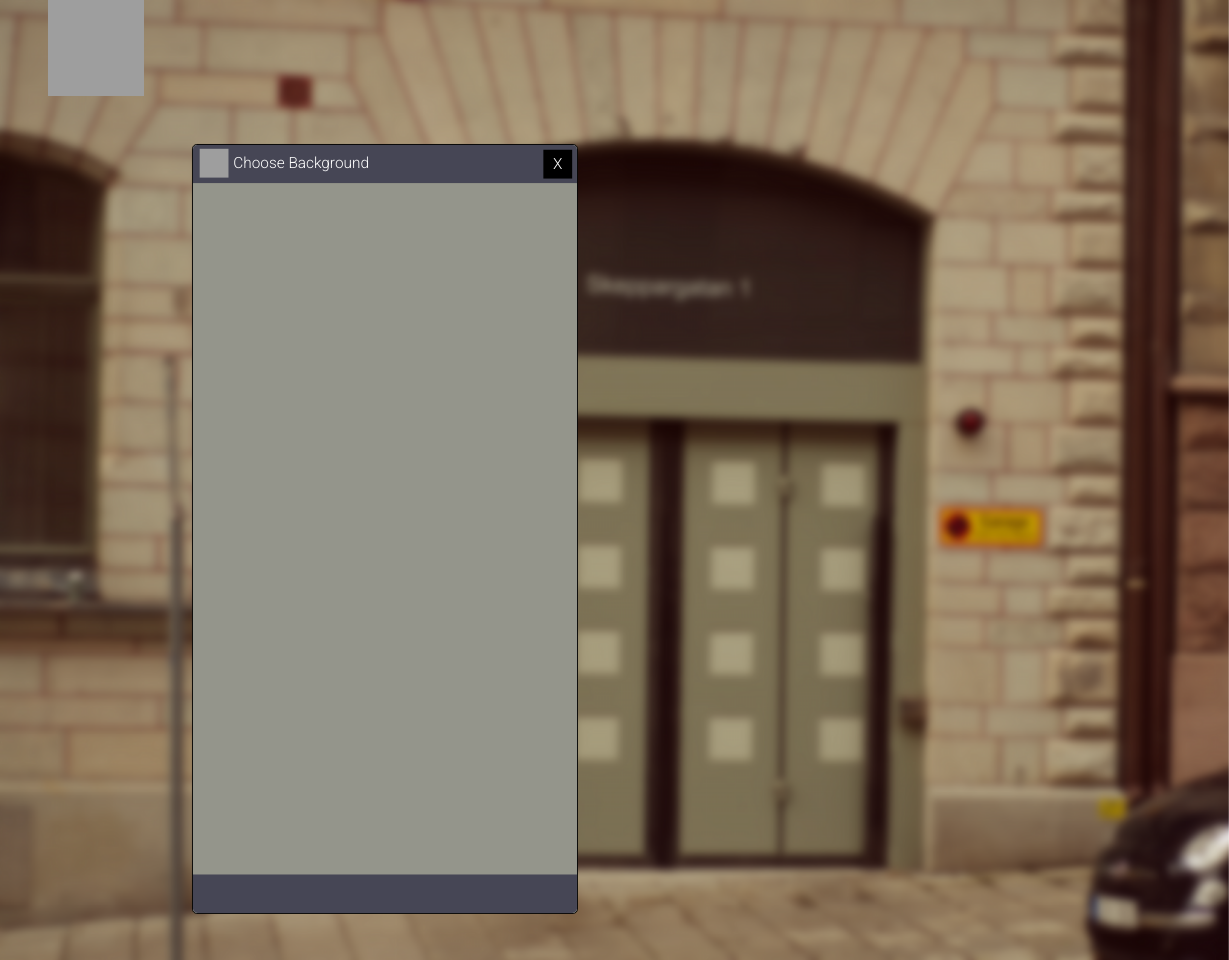
Repository: fl222hr/1dv403-laborationer
Page: 5-pwd/index.html
The author's editor kept a record of every edit. The page is drawn from the files as they stood at one moment, then again after the next edit.
The browser window is 1280 px wide. The pictures show the whole page, at 96% of full size.
Pictures or frames that could not be fetched are drawn as grey boxes. Some web libraries are served in a nearby version.

Above is the page before.

### 5-pwd/index.html
<!DOCTYPE html>
<html>
    <head>
        <link href='http://fonts.googleapis.com/css?family=Source+Sans+Pro:200,300,400,600,700,900,200italic,300italic,400italic,600italic,700italic,900italic' rel='stylesheet' type='text/css'>
        <link href="//maxcdn.bootstrapcdn.com/font-awesome/4.2.0/css/font-awesome.min.css" rel="stylesheet">
        <link href="css/custom.css" rel="stylesheet">
        <meta charset="utf-8">
        <link href='http://fonts.googleapis.com/css?family=Roboto:400,300' rel='stylesheet' type='text/css'>
    <title>Desktop App</title>
    </head>
    <body>
    <script src="Popup.js"></script>
    <script src="Desktop.js"></script>




    </body>
</html>

### 5-pwd/css/custom.css
/*#B7B6C1
*/
body{
    padding:0px;
    margin:0px;
    font-family: 'Roboto', sans-serif;
    font-weight:lighter;
}
#desktop{
    overflow:hidden;
    margin-left:auto;
    margin-right:auto;
    width:100%;
    height:1000px;
    background-size:cover;
}

.icon{
    width:100px;
    height:100px;
    margin-left:50px;
    margin-right:50px;
    background-size:contain;
    cursor:pointer;
}

.popup{
    background-color:#94958B;
    border-radius:5px;
    border-style:solid;
    border-color:black;
    border-width:1px;
}

.topBar{
    width:100%;
    height:5%;
    background-color:#464655;
    border-top-left-radius:5px;
    border-top-right-radius:5px;
}

.headline{
    margin-left:5px;
    margin-top:2px;
    height:35px;
    float:left;
}

.headlineIcon{
    float:left;
    margin-left:2px;
    margin-top:2px;
    height:30px;
    width:30px;
    background-size:contain;
}

.headlineText{
    float:left;
    color:white;
    line-height:30px;
    margin-top:2px;
    margin-left:5px;
}

.closeButton{
    text-align:center;
    line-height:30px;
    color:white;
    margin-top:5px;
    margin-right:5px;
    height:30px;
    width:30px;
    background-color:black;
    float:right;
    cursor:pointer;
}

.closeButton:hover{
    cursor:pointer;
}

.popupContent{
    width:100%;
    height:90%;
    background-color:#94958B;
    overflow:scroll;
}

.bottomBar{
    width:100%;
    height:5%;
    background-color:#464655;
    border-bottom-left-radius:5px;
    border-bottom-right-radius:5px;
}

.container{
    background-color:#94958B;
    -webkit-transform: rotate(-90deg);
    -moz-transform: rotate(-90deg);
    -ms-transform: rotate(-90deg);
    -o-transform: rotate(-90deg);
    transform: rotate(-90deg);
    border-bottom-right-radius:10px;
    border-style:solid;
    border-color:gray;
}
.tab{
    color:white;
    border-top-left-radius:10px;
    border-top-right-radius:10px;
    font-size:16px;
    height:30px;
    position:absolute;
    background-color:#464655;
    text-align:center;
    -webkit-transition:all .5s ease-out;
    -moz-transition:all .5s ease-out;
    -ms-transition:all .5s ease-out;
    -o-transition:all .5s ease-out;
    transition:all .5s ease-out;
    -webkit-transform: rotate(90deg);
    -moz-transform: rotate(90deg);
    -ms-transform: rotate(90deg);
    -o-transform: rotate(90deg);
    transform: rotate(90deg);
    padding:0px;
}

.tabActive{
    color:white;
    border-top-left-radius:10px;
    border-top-right-radius:10px;
    -webkit-transition:all .5s ease-out;
    -moz-transition:all .5s ease-out;
    -ms-transition:all .5s ease-out;
    -o-transition:all .5s ease-out;
    transition:all .5s ease-out;
    font-size:16px;
    height:30px;
    position:absolute;
    background-color:#464655;
    text-align:center;
    -webkit-transform: rotate(90deg) translate(0px, -400px);
    -moz-transform: rotate(90deg) translate(0px, -400px);
    -ms-transform: rotate(90deg) translate(0px, -400px);
    -o-transform: rotate(90deg) translate(0px, -400px);
    transform: rotate(90deg) translate(0px, -400px);
    padding:0px;
}

### 5-pwd/Popup.js
"use strict";

function Popup(ID, parent, name, iconURL, width, height, leftMargin, topMargin){

    var active = false;
    //Skapa popupen och sätt dess egenskaper
    var popup = document.createElement('div');
    popup.className = "popup";
    popup.style.width = width + "px";
    popup.style.height = height + "px";
    popup.style.marginLeft = leftMargin +"px";
    popup.style.marginTop = topMargin +"px";
    document.getElementById(parent).appendChild(popup);  //Addera popupen till Desktopen

    //Skapa top-baren
    var topBar = document.createElement('div');
    topBar.className = "topBar";
    popup.appendChild(topBar); //Addera TopBaren till popupen

        var headline = document.createElement('div');
        headline.className = "headline";
        topBar.appendChild(headline);

            var headlineIcon = document.createElement('div');
            headlineIcon.className = "headlineIcon";
            headlineIcon.style.backgroundImage =  "url(\""+iconURL+"\")";
            headline.appendChild(headlineIcon);

            var headlineText = document.createElement('p');
            headlineText.className = "headlineText";
            headlineText.innerHTML = name;
            headline.appendChild(headlineText);

        var closeButton = document.createElement('div');
        closeButton.className = "closeButton";
        closeButton.innerHTML = "X";
        topBar.appendChild(closeButton);

    //Skapa content-diven i popupen
    var popupContent = document.createElement('div');
    popupContent.className = "popupContent";
    popupContent.id = ID;
    popup.appendChild(popupContent);

    //Skapa bottom-baren
    var bottomBar = document.createElement('div');
    bottomBar.className = "bottomBar";
    popup.appendChild(bottomBar);

        var statusText = document.createElement('div');
        statusText.className = "statusText";
        bottomBar.appendChild(statusText);


    closeButton.onclick = function(){
    document.getElementById(parent).removeChild(popup);

    };

    this.setStatusText = function(text){
        statusText.innerHTML = text;
    };

    this.getParent = function(){
        return parent;
    };

    this.getWidth = function(){
      return width;
    };

}

### 5-pwd/Desktop.js
"use strict";

var DesktopApp ={

    defaultBackground: "images/default.png", //variable to keep url to default background
    backgrounIcon: "images/bgIcon.png",
    desktopID: "desktop",
    toolbarID: "toolbar",
    buttonID:"button",
    popupURL: "popup.html",

    init:function(){
    this.setupDesktop();
    this.setBackground(this.defaultBackground);
    },

    setupDesktop:function(){

    //Setup the desktop
    var desktop = document.createElement('div');
    desktop.id = this.desktopID;
    document.body.appendChild(desktop); //add the desktop to the "site"

    var icon = document.createElement('div');
    icon.className = "icon";
    icon.style.backgroundImage = "url(\""+this.backgrounIcon+"\")";
    desktop.appendChild(icon);

    icon.onclick = function(){
    document.getElementById(parent).removeChild(popup);

    };

    //var backgroundTab = new Tab("bgTab", this.desktopID, "Background", 400, 800, 50, 100);
    var popup = new Popup("bgPopup", this.desktopID, "Choose Background", this.backgrounIcon, 400, 800, 200, 50);
    },

    setBackground:function(imageUrl){
        console.log("Fired");
        document.getElementById(this.desktopID).style.backgroundImage = "url(\""+imageUrl+"\")";
    }
};

window.onload = function(){
    DesktopApp.init();
};


/*
//var win = open('index.html', 'example', 'width=1024,height=640')
win.focus()
win.onload = function() {
  var div = win.document.createElement('div')
  div.innerHTML = 'Welcome into the future!'
  div.style.fontSize = '30px'
  win.document.body.insertBefore(div, win.document.body.firstChild)
}
*/

After the next edit:
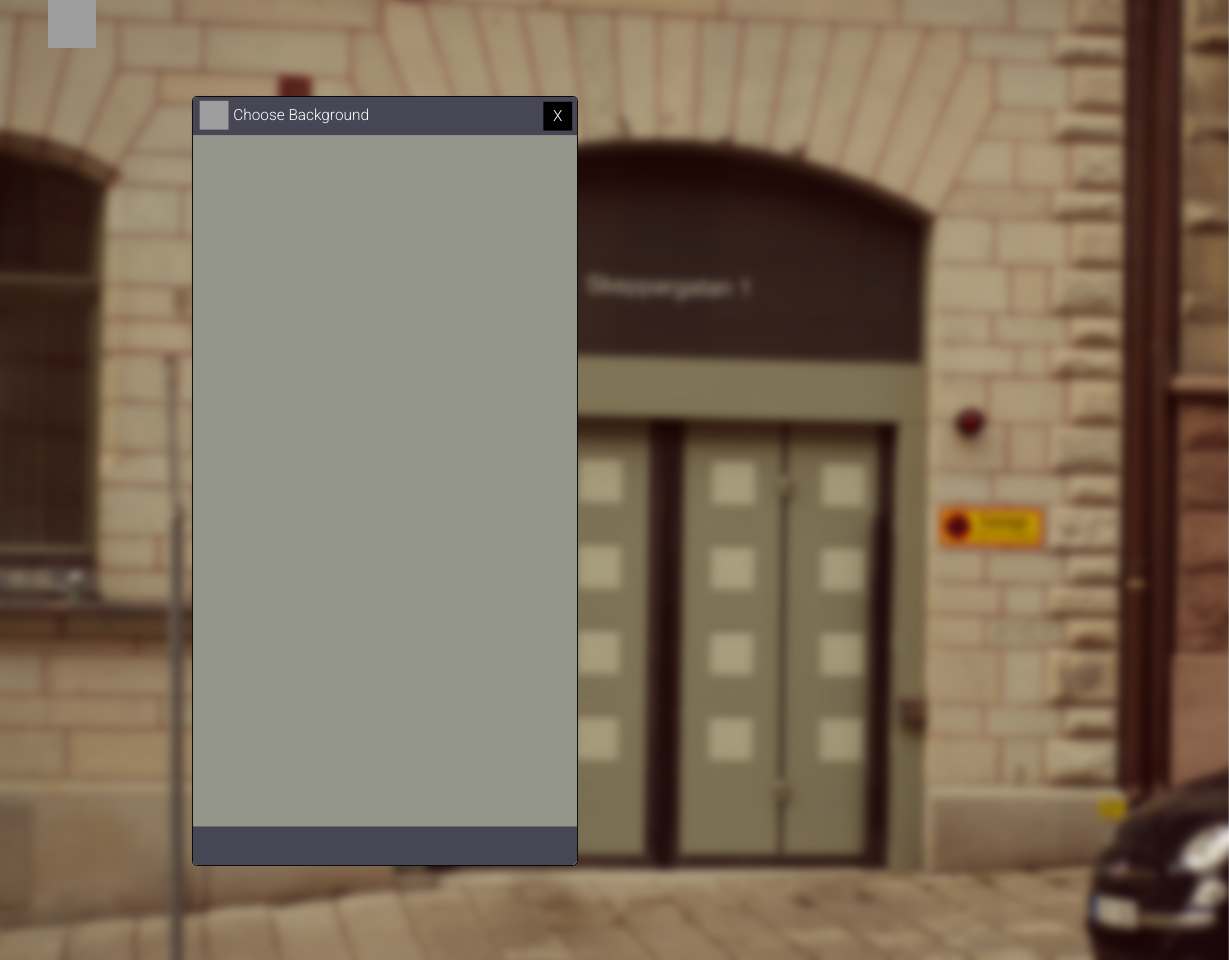
The edit:
--- a/5-pwd/css/custom.css
+++ b/5-pwd/css/custom.css
@@ -16,8 +16,8 @@
 }
 
 .icon{
-    width:100px;
-    height:100px;
+    width:50px;
+    height:50px;
     margin-left:50px;
     margin-right:50px;
     background-size:contain;
